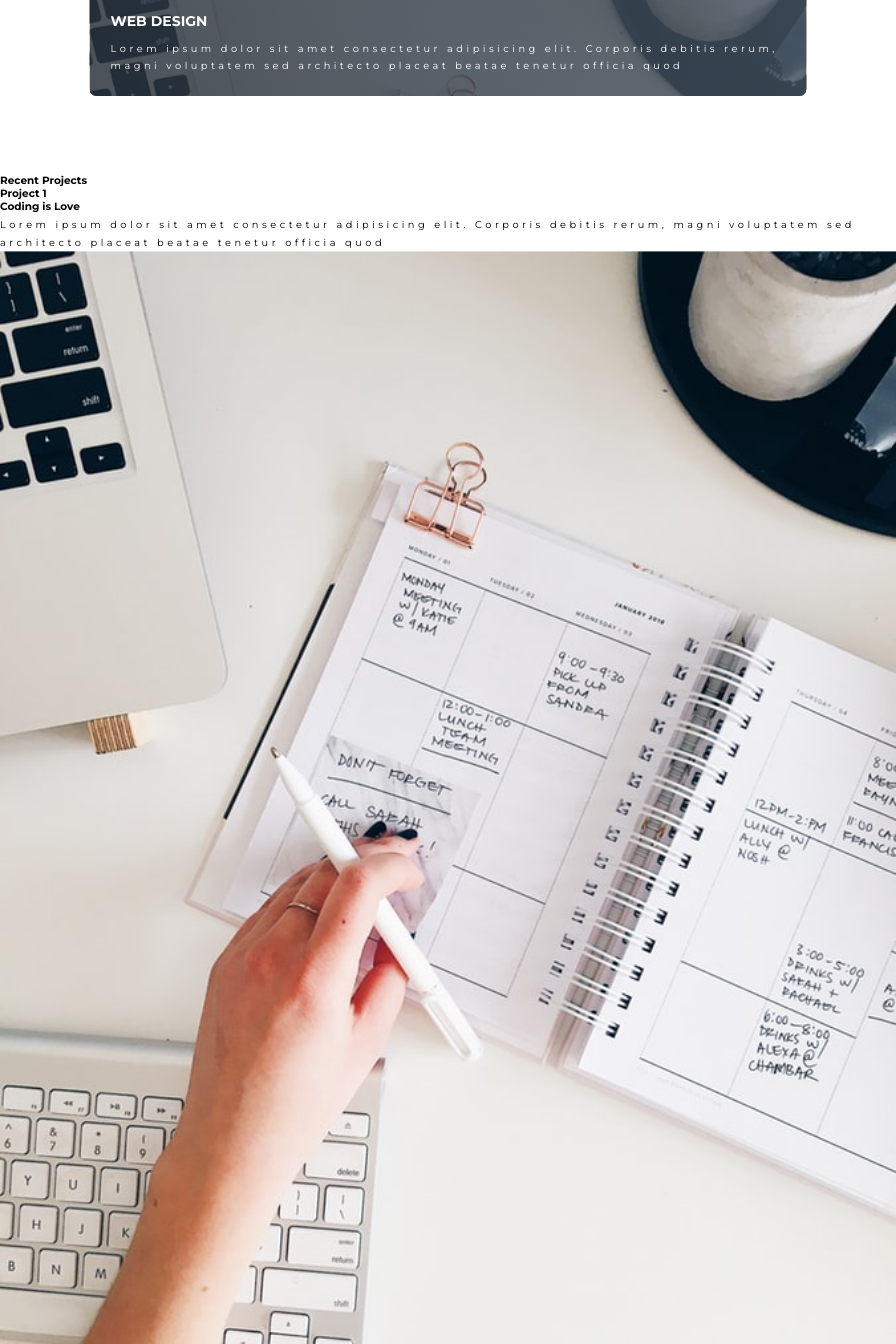
Repository: randysteele/my-portfolio-2023
Page: index.html
These files come from the project's save history. The page is drawn as it stood at one moment and after the next save; the edit follows.
The browser window is 1280 px wide. The pictures show the part of the page from y = 1933 to 3853 px (the page is 11225 px tall before and 11265 px after), at 70% of full size.

Above is the page before, as saved 2023-04-23 15:21:59.

### index.html
<!DOCTYPE html>
<html lang="en">
<head>
    <meta charset="UTF-8">
    <meta http-equiv="X-UA-Compatible" content="IE=edge">
    <meta name="viewport" content="width=device-width, initial-scale=1.0">
    <link rel="stylesheet" href="style.css">
    <title>Randy Steele Portfolio</title>
</head>
<body>
    <!-- Hero Section -->
    <section id="hero">
        <div class="hero container">
            <div>
            <h1>Hello, <span></span></h1>
            <h1>My Name Is <span></span></h1>
            <h1>Randy <span></span></h1>
            <a href="#" type="button" class="cta">Portfolio</a>
        </div>
    </div>
    </section>
    <!-- End Hero Section -->

    <!-- Services Section -->
    <section id="services">
        <div class="services container">
          <div class="service-top">
            <h1 class="section-title">Serv<span>i</span>ces</h1>
            <p>Lorem ipsum dolor sit amet consectetur, adipisicing elit. Ipsum deleniti maiores pariatur assumenda quas
              magni et, doloribus quod voluptate quasi molestiae magnam officiis dolorum, dolor provident atque molestias
              voluptatum explicabo!</p>
          </div>
          <div class="service-bottom">
            <div class="service-item">
              <div class="icon"><img src="https://img.icons8.com/bubbles/100/000000/services.png" /></div>
              <h2>Web Design</h2>
              <p>Lorem ipsum dolor sit amet consectetur adipisicing elit. Corporis debitis rerum, magni voluptatem sed
                architecto placeat beatae tenetur officia quod</p>
            </div>
            <div class="service-item">
              <div class="icon"><img src="https://img.icons8.com/bubbles/100/000000/services.png" /></div>
              <h2>Web Design</h2>
              <p>Lorem ipsum dolor sit amet consectetur adipisicing elit. Corporis debitis rerum, magni voluptatem sed
                architecto placeat beatae tenetur officia quod</p>
            </div>
            <div class="service-item">
              <div class="icon"><img src="https://img.icons8.com/bubbles/100/000000/services.png" /></div>
              <h2>Web Design</h2>
              <p>Lorem ipsum dolor sit amet consectetur adipisicing elit. Corporis debitis rerum, magni voluptatem sed
                architecto placeat beatae tenetur officia quod</p>
            </div>
            <div class="service-item">
              <div class="icon"><img src="https://img.icons8.com/bubbles/100/000000/services.png" /></div>
              <h2>Web Design</h2>
              <p>Lorem ipsum dolor sit amet consectetur adipisicing elit. Corporis debitis rerum, magni voluptatem sed
                architecto placeat beatae tenetur officia quod</p>
            </div>
          </div>
        </div>
      </section>
<!-- End Services Section -->

<!-- Projects Section -->
<section id="projects">
    <div class="projects container">
        <div class="projects-header">
        <h1 class="section title">Recent <span>Projects</span></h1>
            <div class="all-projects">
                <div class="project-item">
                    <div class="project-info">
                        <h1>Project 1</h1>
                        <h2>Coding is Love</h2>
                        <p>Lorem ipsum dolor sit amet consectetur adipisicing
                            elit. Corporis debitis rerum, magni voluptatem
                            sed architecto placeat beatae tenetur officia quod</p>
                        <div class="project-image">
                            <img src="./img/img-1.png" alt="img">

                        </div>
                    </div>                <div class="project-item">
                        <div class="project-info">
                            <h1>Project 1</h1>
                            <h2>Coding is Love</h2>
                            <p>Lorem ipsum dolor sit amet consectetur adipisicing
                                elit. Corporis debitis rerum, magni voluptatem
                                sed architecto placeat beatae tenetur officia quod</p>
                            <div class="project-image">
                                <img src="./img/img-1.png" alt="img">

                            </div>
                        </div>

                        <div class="project-item">
                            <div class="project-info">
                                <h1>Project 1</h1>
                                <h2>Coding is Love</h2>
                                <p>Lorem ipsum dolor sit amet consectetur adipisicing
                                    elit. Corporis debitis rerum, magni voluptatem
                                    sed architecto placeat beatae tenetur officia quod</p>
                                <div class="project-image">
                                    <img src="./img/img-1.png" alt="img">

                                </div>
                            </div>

                            <div class="project-item">
                                <div class="project-info">
                                    <h1>Project 1</h1>
                                    <h2>Coding is Love</h2>
                                    <p>Lorem ipsum dolor sit amet consectetur adipisicing
                                        elit. Corporis debitis rerum, magni voluptatem
                                        sed architecto placeat beatae tenetur officia quod</p>
                                    <div class="project-image">
                                        <img src="./img/img-1.png" alt="img">

                                    </div>
                                </div>

                                <div class="project-item">
                                    <div class="project-info">
                                        <h1>Project 1</h1>
                                        <h2>Coding is Love</h2>
                                        <p>Lorem ipsum dolor sit amet consectetur adipisicing
                                            elit. Corporis debitis rerum, magni voluptatem
                                            sed architecto placeat beatae tenetur officia quod</p>
                                        <div class="project-image">
                                            <img src="./img/img-1.png" alt="img">

                                        </div>
                                    </div>


                </div>
        </div>
    </div>
    </div>
</div>
</section>



<!-- End Projects Section -->

</body>
</html>


<a target="_blank" href="https://icons8.com/icon/53429/home-page">Icons Provided by</a>  <a target="_blank" href="https://icons8.com">Icons8</a>

### style.css
@import url('https://fonts.googleapis.com/css2?family=Montserrat:wght@300;400;700&display=swap');
* {
    padding: 0;
    margin: 0;
    box-sizing: border-box;
}
html {
    font-size: 10px;
    font-family: "Montserrat", "sans-serif";
}
a {
    text-decoration: none;
}
.container {
    min-height: 100vh;
    width: 100%;
    display: flex;
    align-items: center;
    justify-content: center;
}

img{
    height: 100%;
    width: 100%;
    object-fit: cover;
}

p {
    color: black;
    font-size: 1.4rem;
    margin-top: 5px;
    line-height: 2.5rem;
    font-weight: 300px;
    letter-spacing: 0.5rem;
}

.section-title {
    font-size: 4rem;
    font-weight: 300;
    color: black;
    margin-bottom: 10px;
    text-transform: uppercase;
    letter-spacing: .2rem;
    text-align: center;
}

.section-title span {
    color: crimson;
}



/* Hero Section */
#hero {
    background-image: url(./img/me1.jpeg);
    background-size: cover;
    background-position: top center;
    position: relative;
    z-index: 1;
}
#hero::after{
    content: '';
    position: absolute;
    left: 0;
    top: 0;
    height: 100%;
    width: 100%;
    background-color: black;
    opacity: 0.7;
    z-index: -1;
}
#hero .hero{
    max-width: 1200px;
    margin: 0 auto;
    padding: 0 50px;
    justify-content: flex-start;
}
#hero h1{
    display: block;
    width: fit-content;
    font-size: 4rem;
    position: relative;
    color: transparent;
    animation: text_reveal 1s ease forwards;
    animation-delay: 1s
}
#hero h1:nth-child(1){
    animation-delay: 1s;
}
#hero h1:nth-child(2){
    animation-delay: 2s;
}
#hero h1:nth-child(3){
    animation: text_reveal_name .5s ease forwards;
    animation-delay: 3s;
}

#hero .cta {
  display: inline-block;
  padding: 10px 30px;
  color: white;
  background-color: transparent;
  border: 2px solid crimson;
  font-size: 2rem;
  text-transform: uppercase;
  letter-spacing: 0.1rem;
  margin-top: 30px;
  transition: 0.3s ease;
  transition-property: background-color, color;
}
#hero .cta:hover {
    color: white;
    background-color: crimson;
}
#hero h1 span {
    position: absolute;
    top: 0;
    left: 0;
    height: 100%;
    width: 0;
    background-color: crimson;
    animation: text_reveal_box 1s ease;
    animation-delay: .3s;
}

#hero h1:nth-child(1) span {
    animation-delay: 1s;
}
#hero h1:nth-child(2) span {
    animation-delay: 2s;
}

#hero h1:nth-child(3) span {
    animation-delay: 3s;
}

/* End Hero Section */

/* Keyframes */

@keyframes text_reveal_box {
    50%{
        width: 100%;
        left: 0;
    }
    100%{
        width: 0;
        left: 100%;
    }
}
/* End Keyframes  */

/* Services Section */

#services .services{
 flex-direction: column;
 text-align: center;
 max-width: 1500px;
 margin: 0 auto;
 padding: 100px 0;
}


#services .service-top p {
    color: black;
    font-size: 1.4rem;
    margin-top: 5px;
    line-height: 2.5rem;
    font-weight: 300px;
    letter-spacing: 0.5rem;
}

#services .service-bottom {
    display: flex;
    align-items: center;
    justify-content: center;
    flex-wrap: wrap;
    margin-top: 50px;
}

#services .service-item {
    flex-basis: 80%;
    display: flex;
    align-items: flex-start;
    justify-content: center;
    flex-direction: column;
    padding: 30px;
    border-radius: 10px;
    background-image: url(./img/img-1.png);
    background-size: cover;
    margin: 10px 5%;
    position: relative;
    z-index: 1;
    overflow: hidden;
}

#services .service-item::after {
    content: "";
    position: absolute;
    left: 0;
    top: 0;
    height: 100%;
    width: 100%;
    background-image: linear-gradient(60deg, #29323c 0%, #485563 100%);
    opacity: .8;
    z-index: -1;
}

#services .service-bottom .icon {
  height: 80px;
  width: 80px;
  margin-bottom: 20px;
}

#services .service-item h2 {
    font-size: 2rem;
    color: white;
    margin-bottom: 10px;
    text-transform: uppercase;
}

#services .service-item p{
    color: white;
    text-align: left;
}



/* End Services Section */



@keyframes text_reveal{
    100%{
        color: white;

    }
}
@keyframes text_reveal_name{
    100%{
        color: crimson;
        font-weight: 500px;
    }
}
/* Services Section */



/* End Services Section */

After the next save:
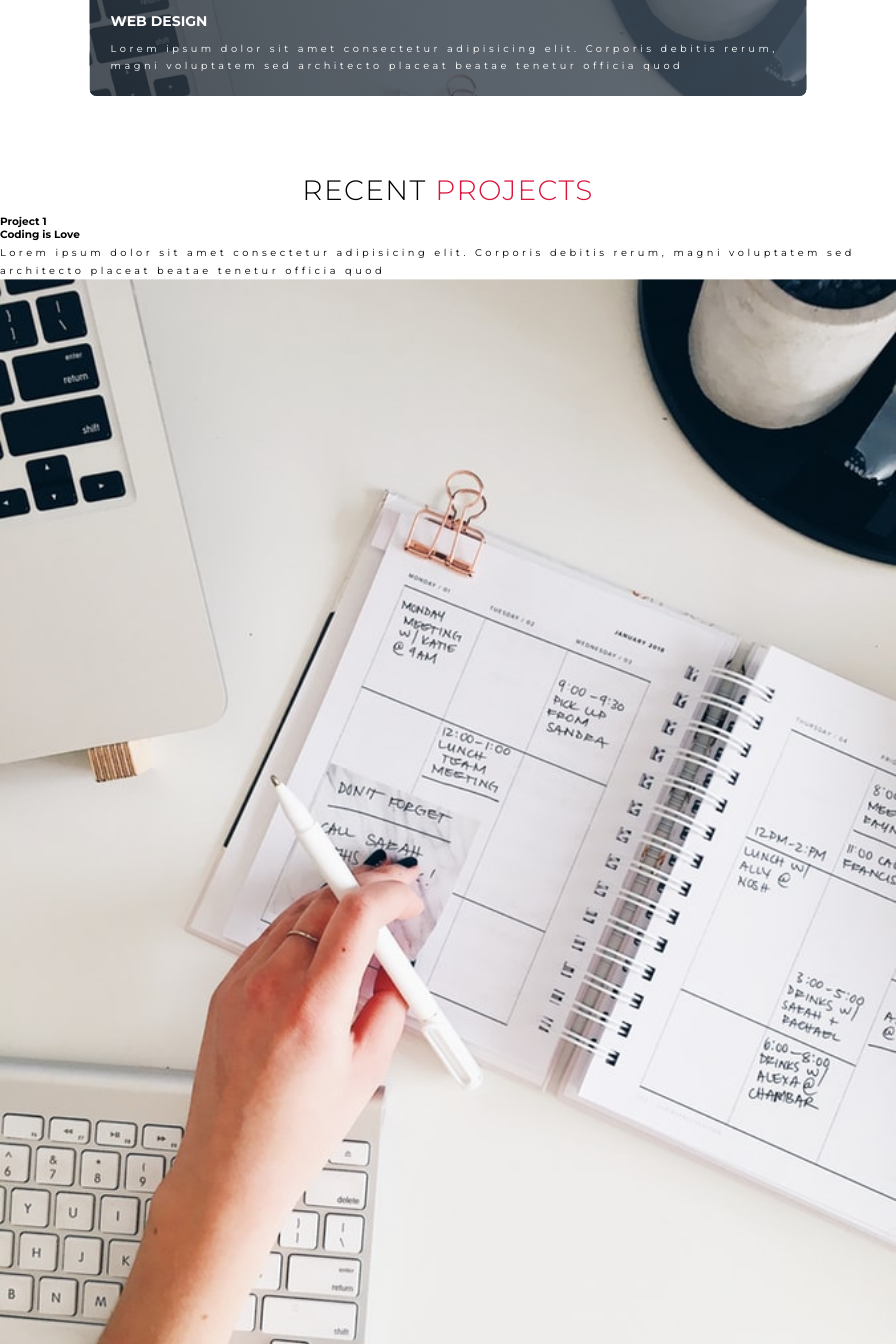
Saved 45 s later.
--- a/index.html
+++ b/index.html
@@ -64,7 +64,7 @@
 <section id="projects">
     <div class="projects container">
         <div class="projects-header">
-        <h1 class="section title">Recent <span>Projects</span></h1>
+        <h1 class="section-title">Recent <span>Projects</span></h1>
             <div class="all-projects">
                 <div class="project-item">
                     <div class="project-info">
@@ -77,7 +77,8 @@
                             <img src="./img/img-1.png" alt="img">
 
                         </div>
-                    </div>                <div class="project-item">
+                    </div>
+                        <div class="project-item">
                         <div class="project-info">
                             <h1>Project 1</h1>
                             <h2>Coding is Love</h2>
